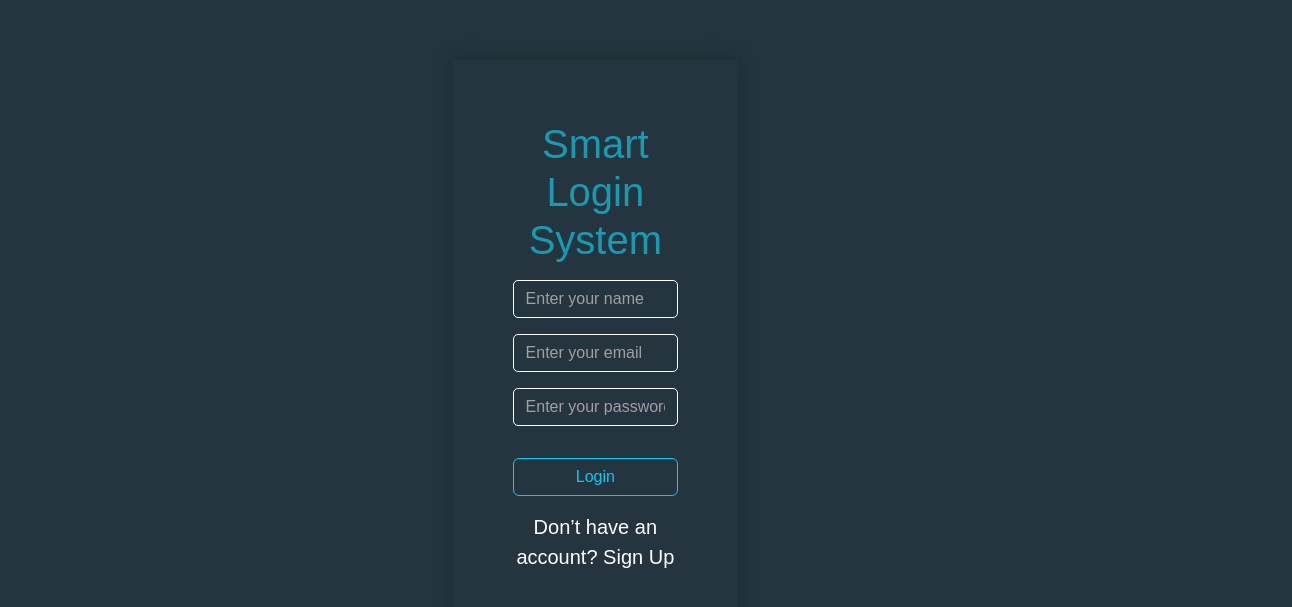
Repository: bodajava/TASK-4
Page: scoundIndex.html
An editor plug-in stored every save of this project. The page is shown before and after the next save, followed by the edit.
The browser window is 1280 px wide. The page is 1292 px wide, so the pictures cover 1292 px, including what lies to the right of the window. The pictures show the whole page.

Above is the page before, as saved 2025-06-18 03:58:23.

After the next save:
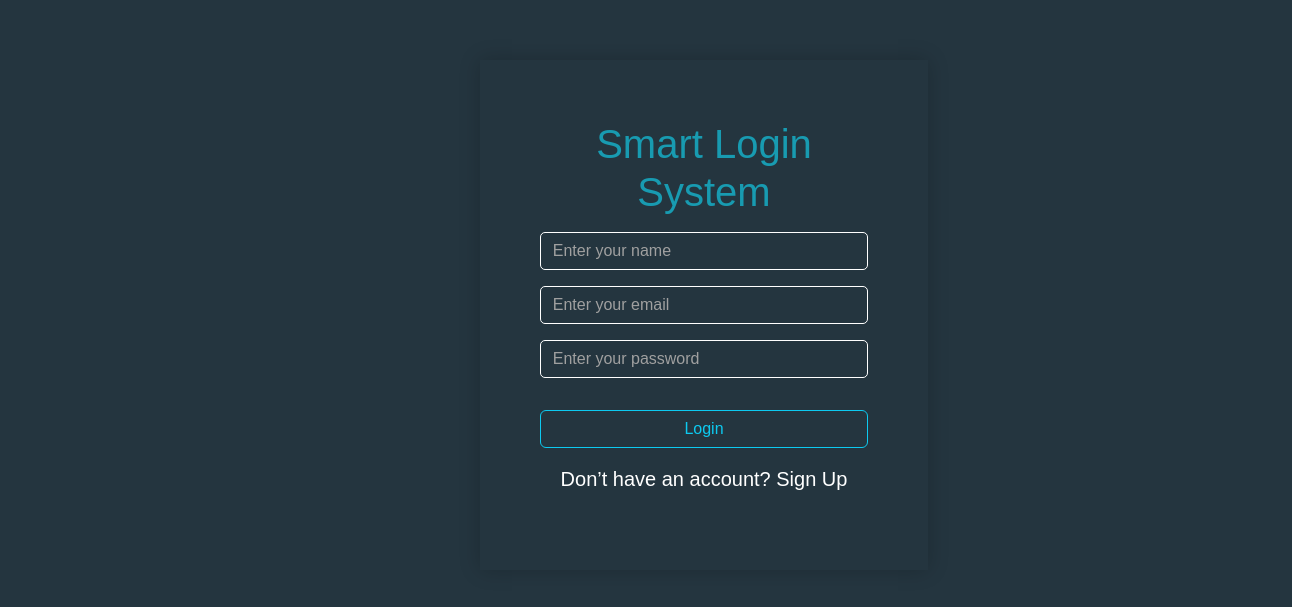
Saved 1 s later.
--- a/scoundIndex.html
+++ b/scoundIndex.html
@@ -10,7 +10,7 @@
   </head>
   <body>
     <div class="row">
-      <div class="col-md-4">
+      <div class="col-md-6">
         <div id="item" class="container text-center">
           <div id="item2" class="m-auto w-75">
             <h1>Smart Login System</h1>
